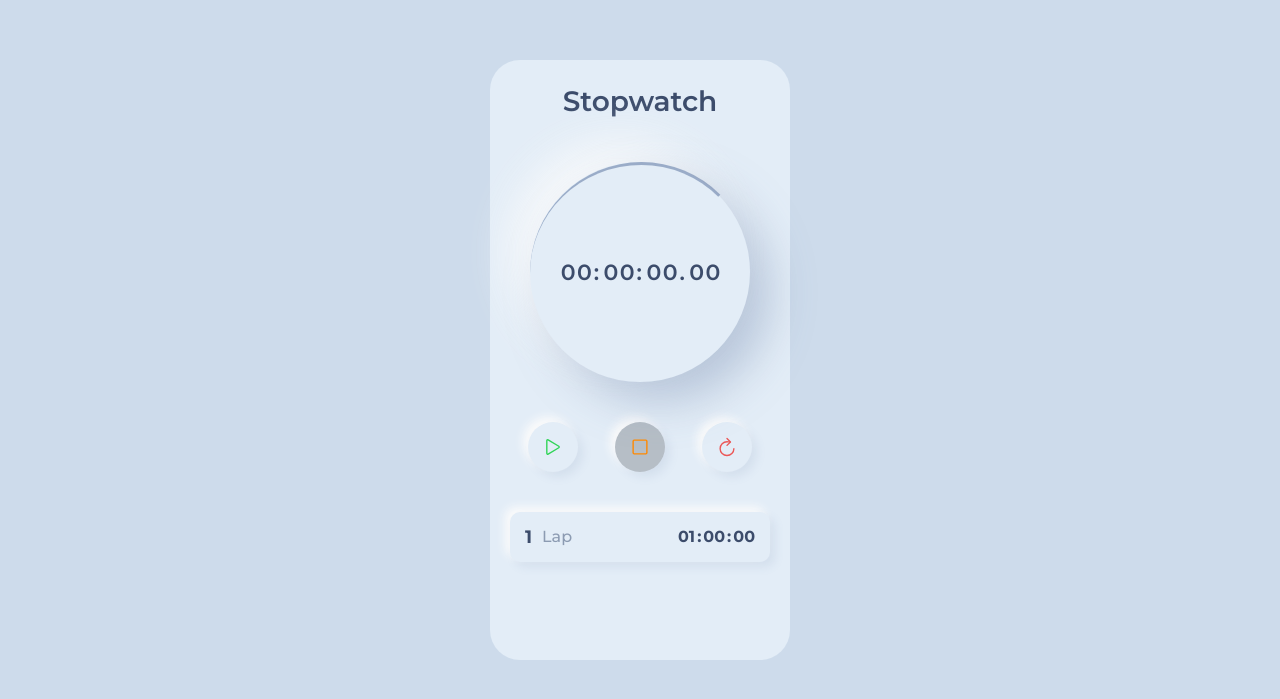
Repository: dinhtri123/stopwatch
Page: index.html
The author's editor kept a copy of each file at every save. The page is drawn from the files as they stood at one save, then again after the next save.
The browser window is 1280 px wide. The pictures show the whole page.

Above is the page before, as saved 2023-01-05 09:47:23.

After the next save:
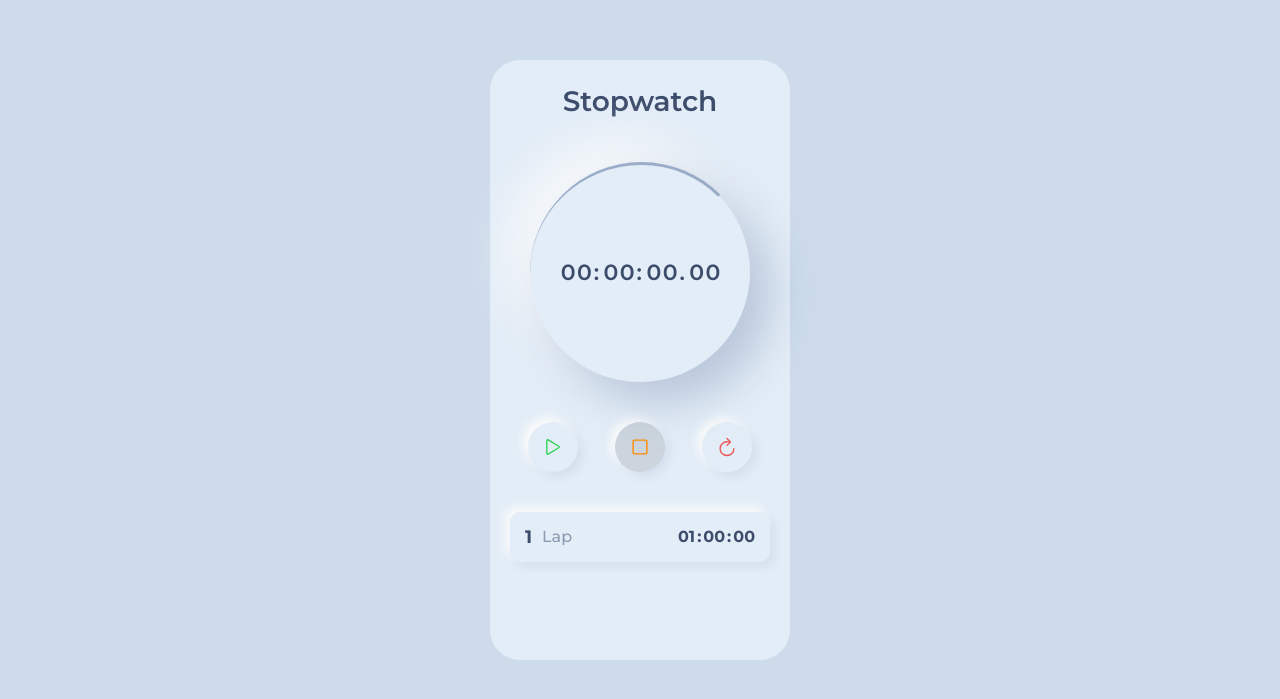
Saved 5 s later.
--- a/style.css
+++ b/style.css
@@ -99,7 +99,7 @@ button {
   color: #ff8900;
   user-select: none;
   cursor: not-allowed;
-  background-color: rgba(0,0,0,0.2);
+  background-color: rgba(0,0,0,0.1);
 }
 .btn-reset {
   color: #eb5757;
